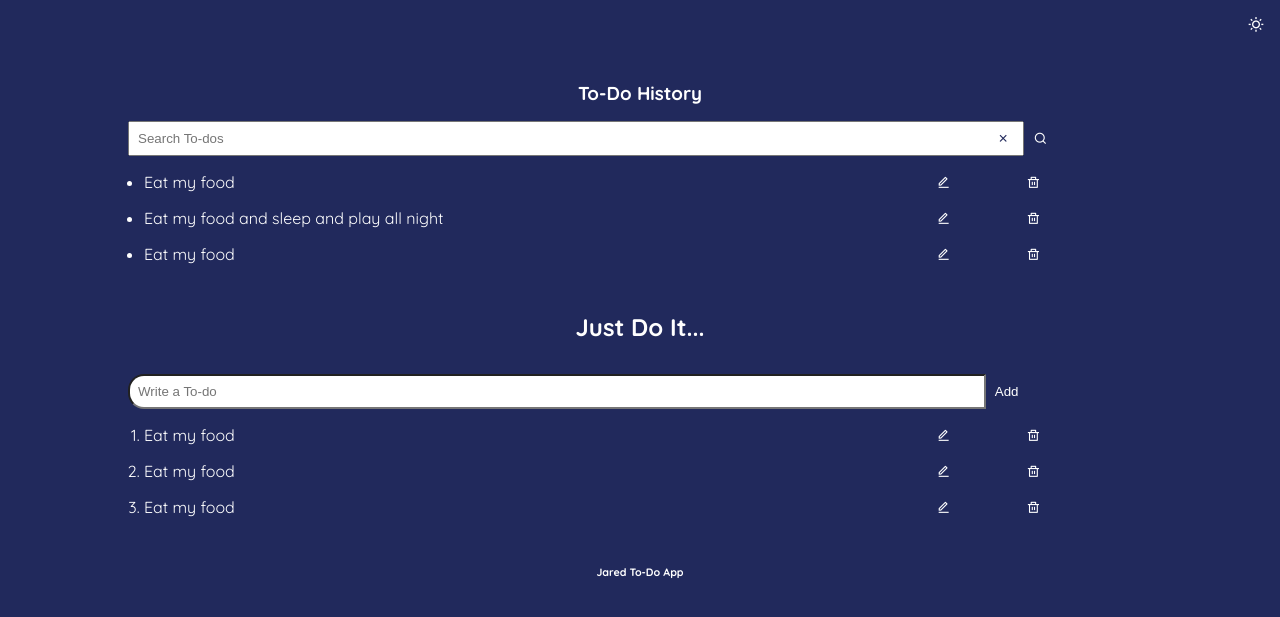
Repository: EguJaredoBoyd/Jared-ToDo-App
Page: main.html
These files come from the project's save history. The page is drawn as it stood at one moment and after the next save; the edit follows.
The browser window is 1280 px wide. The pictures show the whole page.
Some web libraries are served in a nearby version.

Above is the page before, as saved 2025-12-24 14:52:32.
Not found: js/to-do.j

After the next save:
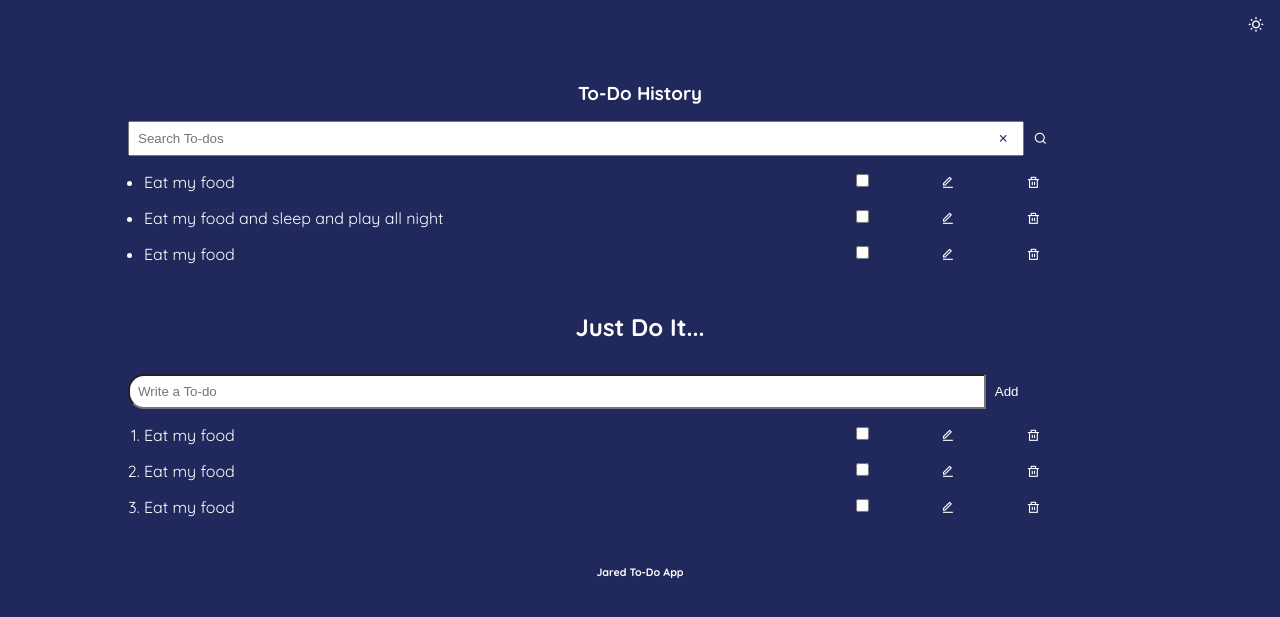
Saved 16 s later.
--- a/css/main.css
+++ b/css/main.css
@@ -37,7 +37,6 @@ button {
 }
 
 input[type="checkbox"] {
-  -webkit-appearance: none;
 }
 
 .body__todo-wrapper header {
